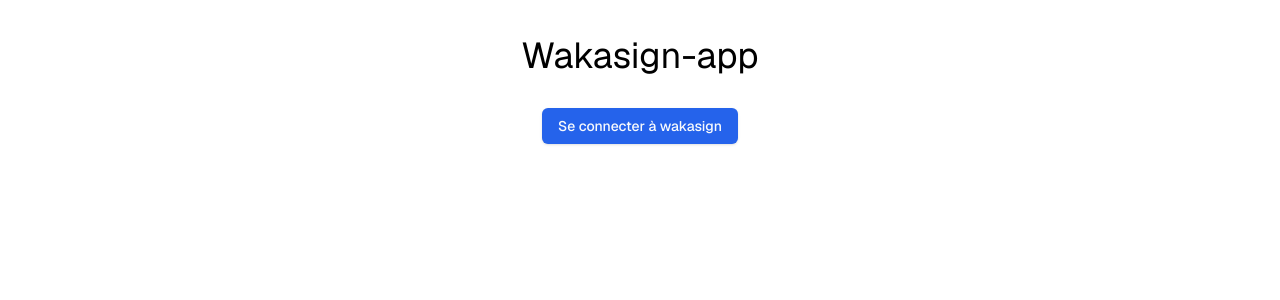
Repository: jeffMauritius/wakasign-app
Page: /
The author's editor kept a copy of each file at every save. The page is drawn from the files as they stood at one save, then again after the next save.
The browser window is 1280 px wide. The pictures show the whole page.
The project was rebuilt for these pictures with package versions that can differ from the ones it lists, and the page was loaded fresh each time. The framework's server and built-in components were replaced by stand-ins that run in the browser. Also part of the build but not shown: next.config.ts.

Above is the page before, as saved 2024-12-17 09:57:27.

After the next save:
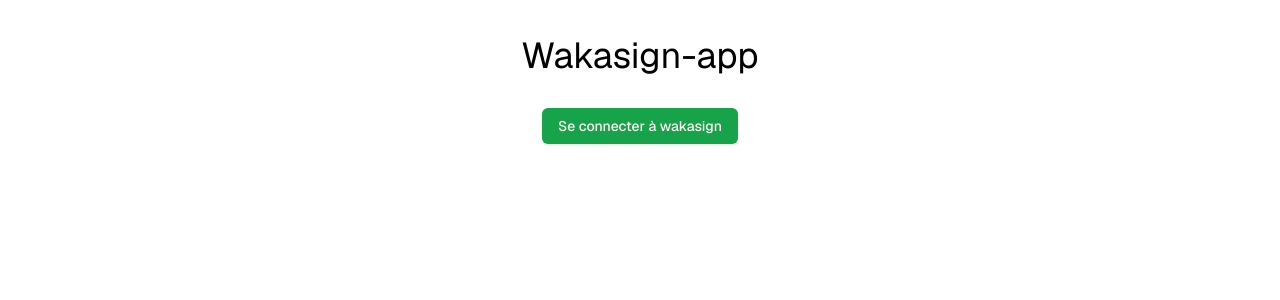
Saved 11 min 52 s later.
--- a/app/globals.css
+++ b/app/globals.css
@@ -5,27 +5,28 @@
 
 
 
+
 @layer base {
   :root {
     --background: 0 0% 100%;
-    --foreground: 222.2 84% 4.9%;
+    --foreground: 240 10% 3.9%;
     --card: 0 0% 100%;
-    --card-foreground: 222.2 84% 4.9%;
+    --card-foreground: 240 10% 3.9%;
     --popover: 0 0% 100%;
-    --popover-foreground: 222.2 84% 4.9%;
-    --primary: 221.2 83.2% 53.3%;
-    --primary-foreground: 210 40% 98%;
-    --secondary: 210 40% 96.1%;
-    --secondary-foreground: 222.2 47.4% 11.2%;
-    --muted: 210 40% 96.1%;
-    --muted-foreground: 215.4 16.3% 46.9%;
-    --accent: 210 40% 96.1%;
-    --accent-foreground: 222.2 47.4% 11.2%;
+    --popover-foreground: 240 10% 3.9%;
+    --primary: 142.1 76.2% 36.3%;
+    --primary-foreground: 355.7 100% 97.3%;
+    --secondary: 240 4.8% 95.9%;
+    --secondary-foreground: 240 5.9% 10%;
+    --muted: 240 4.8% 95.9%;
+    --muted-foreground: 240 3.8% 46.1%;
+    --accent: 240 4.8% 95.9%;
+    --accent-foreground: 240 5.9% 10%;
     --destructive: 0 84.2% 60.2%;
-    --destructive-foreground: 210 40% 98%;
-    --border: 214.3 31.8% 91.4%;
-    --input: 214.3 31.8% 91.4%;
-    --ring: 221.2 83.2% 53.3%;
+    --destructive-foreground: 0 0% 98%;
+    --border: 240 5.9% 90%;
+    --input: 240 5.9% 90%;
+    --ring: 142.1 76.2% 36.3%;
     --radius: 0.5rem;
     --chart-1: 12 76% 61%;
     --chart-2: 173 58% 39%;
@@ -35,25 +36,25 @@
   }
 
   .dark {
-    --background: 222.2 84% 4.9%;
-    --foreground: 210 40% 98%;
-    --card: 222.2 84% 4.9%;
-    --card-foreground: 210 40% 98%;
-    --popover: 222.2 84% 4.9%;
-    --popover-foreground: 210 40% 98%;
-    --primary: 217.2 91.2% 59.8%;
-    --primary-foreground: 222.2 47.4% 11.2%;
-    --secondary: 217.2 32.6% 17.5%;
-    --secondary-foreground: 210 40% 98%;
-    --muted: 217.2 32.6% 17.5%;
-    --muted-foreground: 215 20.2% 65.1%;
-    --accent: 217.2 32.6% 17.5%;
-    --accent-foreground: 210 40% 98%;
+    --background: 20 14.3% 4.1%;
+    --foreground: 0 0% 95%;
+    --card: 24 9.8% 10%;
+    --card-foreground: 0 0% 95%;
+    --popover: 0 0% 9%;
+    --popover-foreground: 0 0% 95%;
+    --primary: 142.1 70.6% 45.3%;
+    --primary-foreground: 144.9 80.4% 10%;
+    --secondary: 240 3.7% 15.9%;
+    --secondary-foreground: 0 0% 98%;
+    --muted: 0 0% 15%;
+    --muted-foreground: 240 5% 64.9%;
+    --accent: 12 6.5% 15.1%;
+    --accent-foreground: 0 0% 98%;
     --destructive: 0 62.8% 30.6%;
-    --destructive-foreground: 210 40% 98%;
-    --border: 217.2 32.6% 17.5%;
-    --input: 217.2 32.6% 17.5%;
-    --ring: 224.3 76.3% 48%;
+    --destructive-foreground: 0 85.7% 97.3%;
+    --border: 240 3.7% 15.9%;
+    --input: 240 3.7% 15.9%;
+    --ring: 142.4 71.8% 29.2%;
     --chart-1: 220 70% 50%;
     --chart-2: 160 60% 45%;
     --chart-3: 30 80% 55%;
